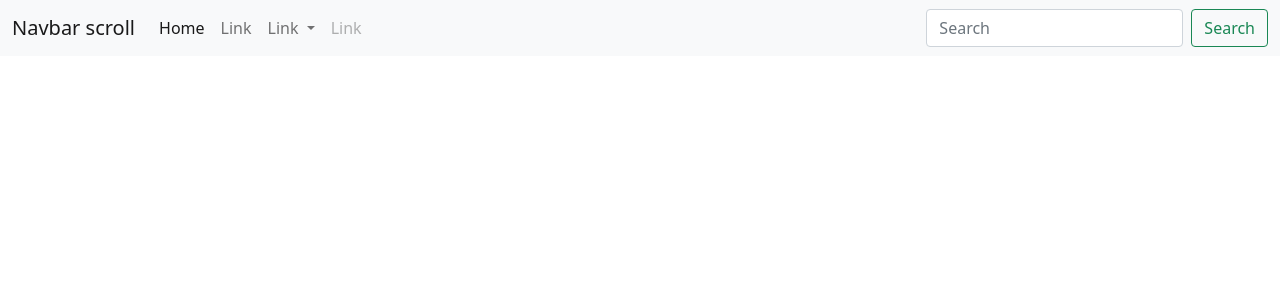
Repository: manhpdph15069/JV4_QLBanHang
Page: http://localhost/DemoSlide5/view/layout.jsp
These files come from the project's save history. The page is drawn as it stood at one moment and after a run of saves; the edit follows.
The browser window is 1280 px wide. The pictures show the whole page.
The page is served by Tomcat 9.

Above is the page before, as saved 2021-12-29 03:55:30.

After the next 2 saves:
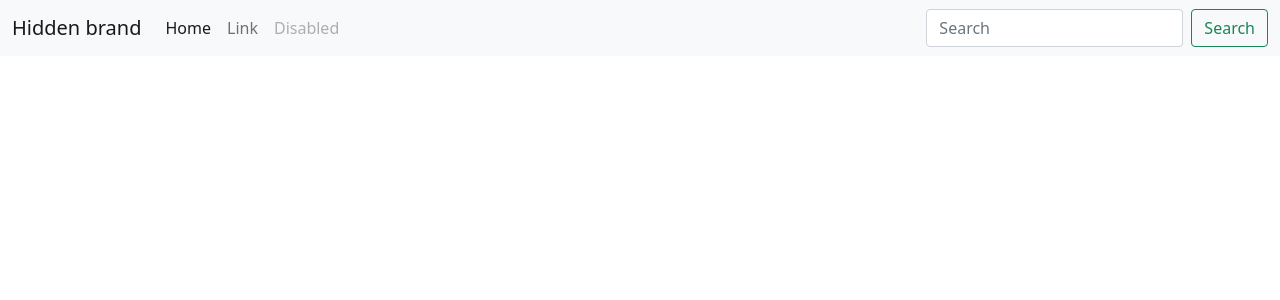
The 2 saves are shown as one change because they came seconds apart.
The last was saved 37 s later.
--- a/Project/DemoSlide5/src/main/webapp/view/layout.jsp
+++ b/Project/DemoSlide5/src/main/webapp/view/layout.jsp
@@ -18,32 +18,20 @@
 	<div>
 		<nav class="navbar navbar-expand-lg navbar-light bg-light">
 			<div class="container-fluid">
-				<a class="navbar-brand" href="#">Navbar scroll</a>
 				<button class="navbar-toggler" type="button"
-					data-bs-toggle="collapse" data-bs-target="#navbarScroll"
-					aria-controls="navbarScroll" aria-expanded="false"
+					data-bs-toggle="collapse" data-bs-target="#navbarTogglerDemo01"
+					aria-controls="navbarTogglerDemo01" aria-expanded="false"
 					aria-label="Toggle navigation">
 					<span class="navbar-toggler-icon"></span>
 				</button>
-				<div class="collapse navbar-collapse" id="navbarScroll">
-					<ul class="navbar-nav me-auto my-2 my-lg-0 navbar-nav-scroll"
-						style="-bs-scroll-height: 100px;">
+				<div class="collapse navbar-collapse" id="navbarTogglerDemo01">
+					<a class="navbar-brand" href="#">Hidden brand</a>
+					<ul class="navbar-nav me-auto mb-2 mb-lg-0">
 						<li class="nav-item"><a class="nav-link active"
 							aria-current="page" href="#">Home</a></li>
 						<li class="nav-item"><a class="nav-link" href="#">Link</a></li>
-						<li class="nav-item dropdown"><a
-							class="nav-link dropdown-toggle" href="#"
-							id="navbarScrollingDropdown" role="button"
-							data-bs-toggle="dropdown" aria-expanded="false"> Link </a>
-							<ul class="dropdown-menu"
-								aria-labelledby="navbarScrollingDropdown">
-								<li><a class="dropdown-item" href="#">Action</a></li>
-								<li><a class="dropdown-item" href="#">Another action</a></li>
-								<li><hr class="dropdown-divider"></li>
-								<li><a class="dropdown-item" href="#">Something else
-										here</a></li>
-							</ul></li>
-						<li class="nav-item"><a class="nav-link disabled">Link</a></li>
+						<li class="nav-item"><a class="nav-link disabled">Disabled</a>
+						</li>
 					</ul>
 					<form class="d-flex">
 						<input class="form-control me-2" type="search"
